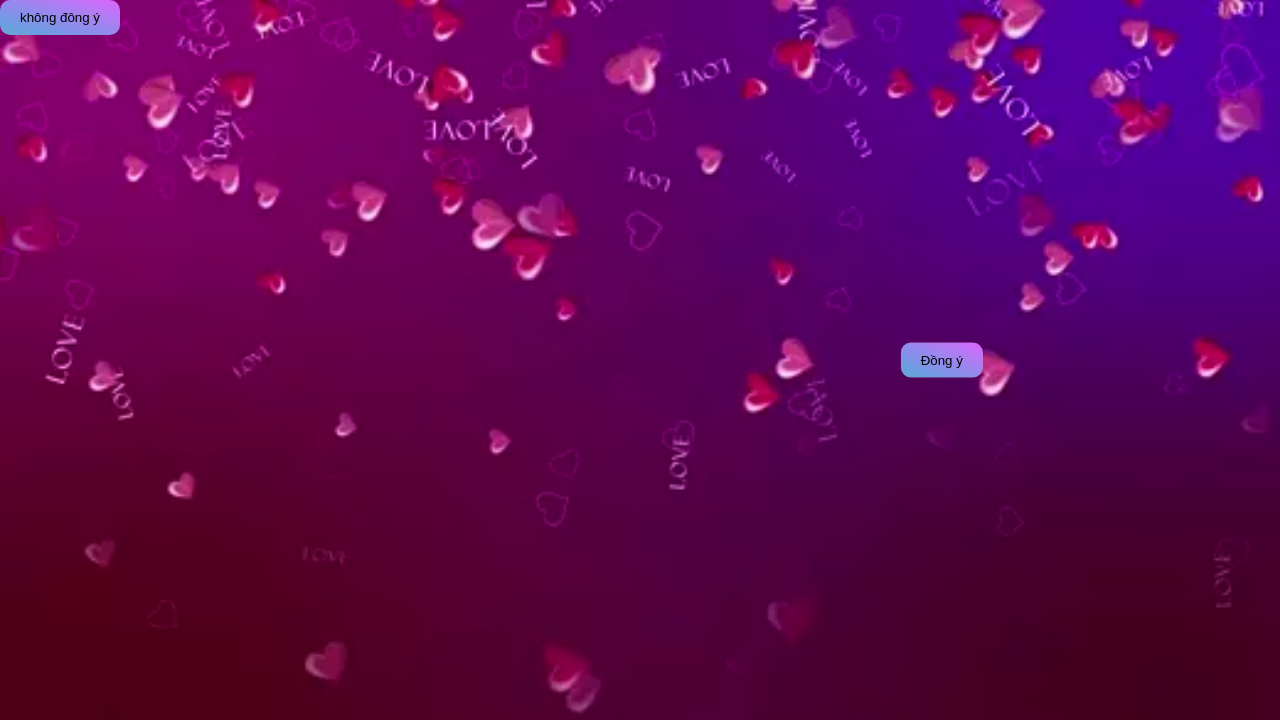
Repository: kuluong2000/love
Page: index.html
An editor plug-in stored every save of this project. The page is shown before and after the next save, followed by the edit.
The browser window is 1280 px wide. The pictures show the whole page.

Above is the page before, as saved 2022-06-04 21:50:18.

After the next save:
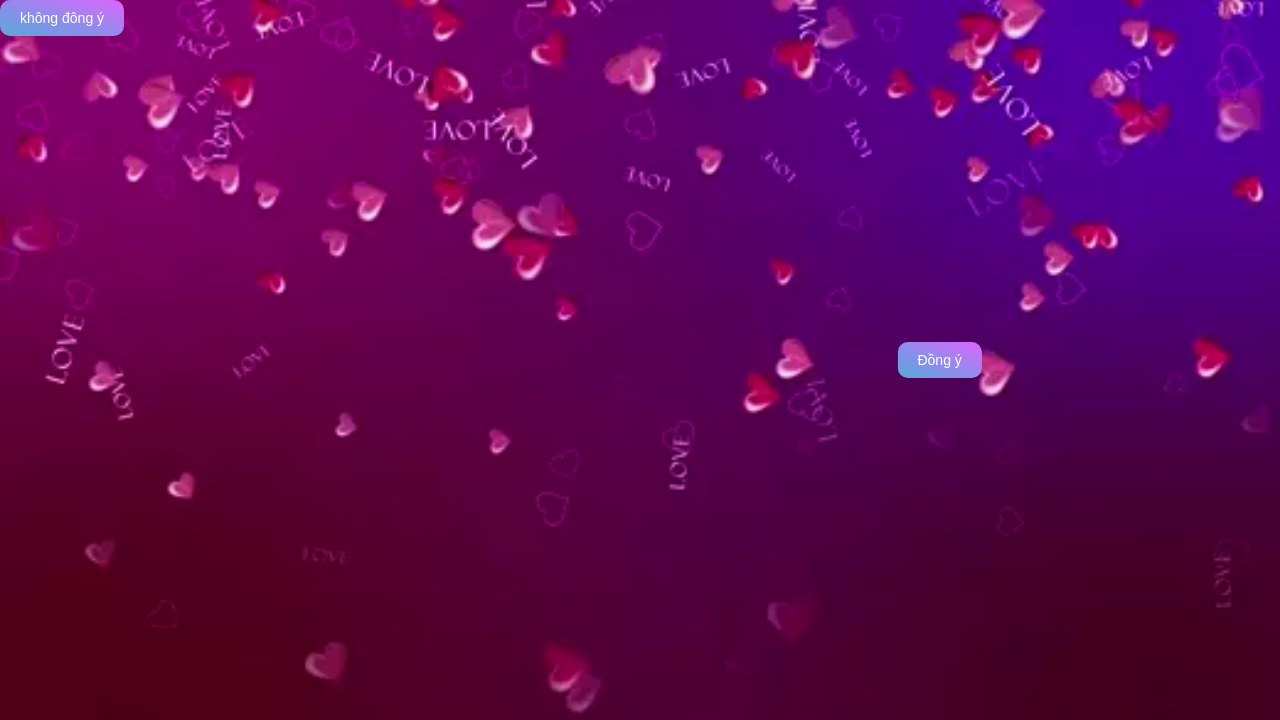
Saved 19 s later.
--- a/app.css
+++ b/app.css
@@ -17,6 +17,8 @@
   padding: 10px 20px;
   border-radius: 10px;
   background-image: linear-gradient(to right top, #6ba6d1, #69a2d9, #6c9ee0, #7698e5, #8491e8, #8e8cec, #9b87ef, #a980f0, #b57af5, #c273f8, #d06afa, #df5ffb);
+  color: white;
+  font-size: 14px;
 }
 .love-success {
   right: 20%;
